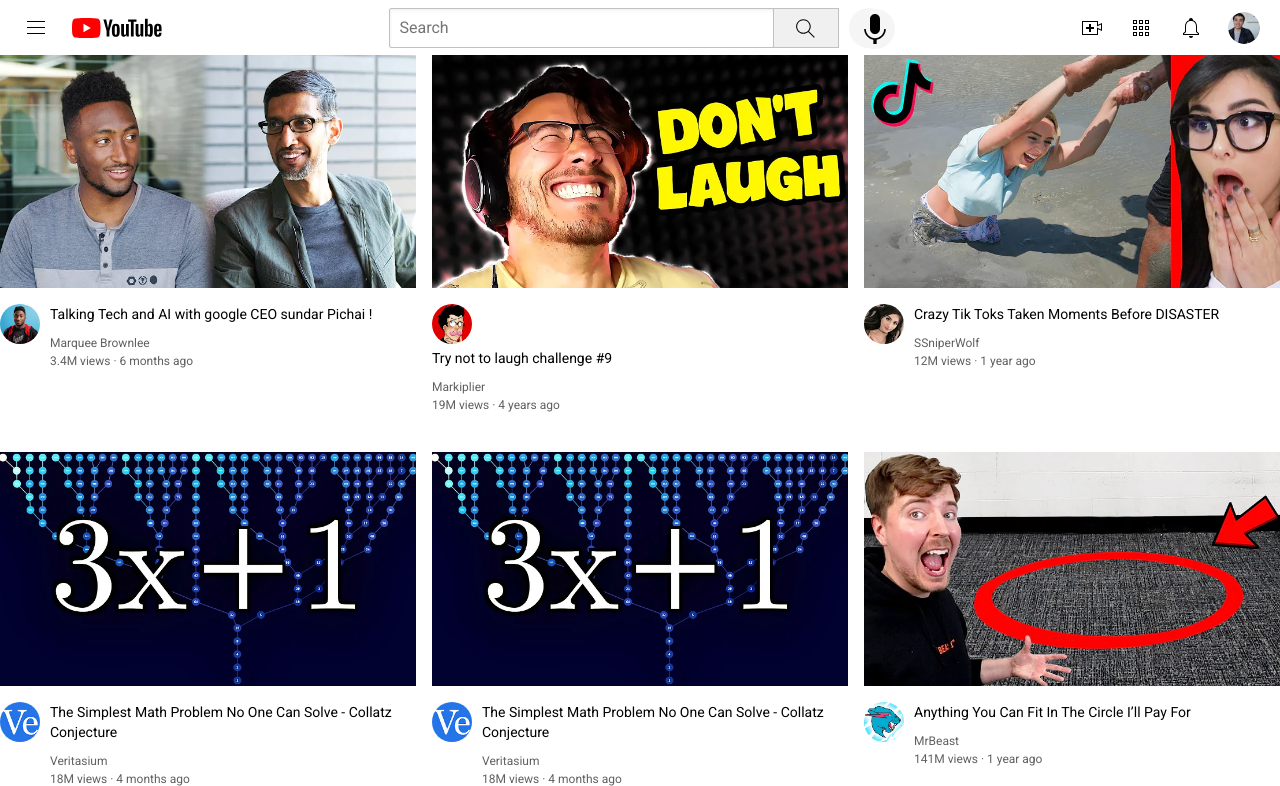
Repository: knowledgeAlan/html-css-thirteen
Page: youtube.html
These files come from the project's save history. The page is drawn as it stood at one moment and after the next save; the edit follows.
The browser window is 1280 px wide. The pictures show the whole page.

Above is the page before, as saved 2024-03-22 17:54:43.

After the next save:
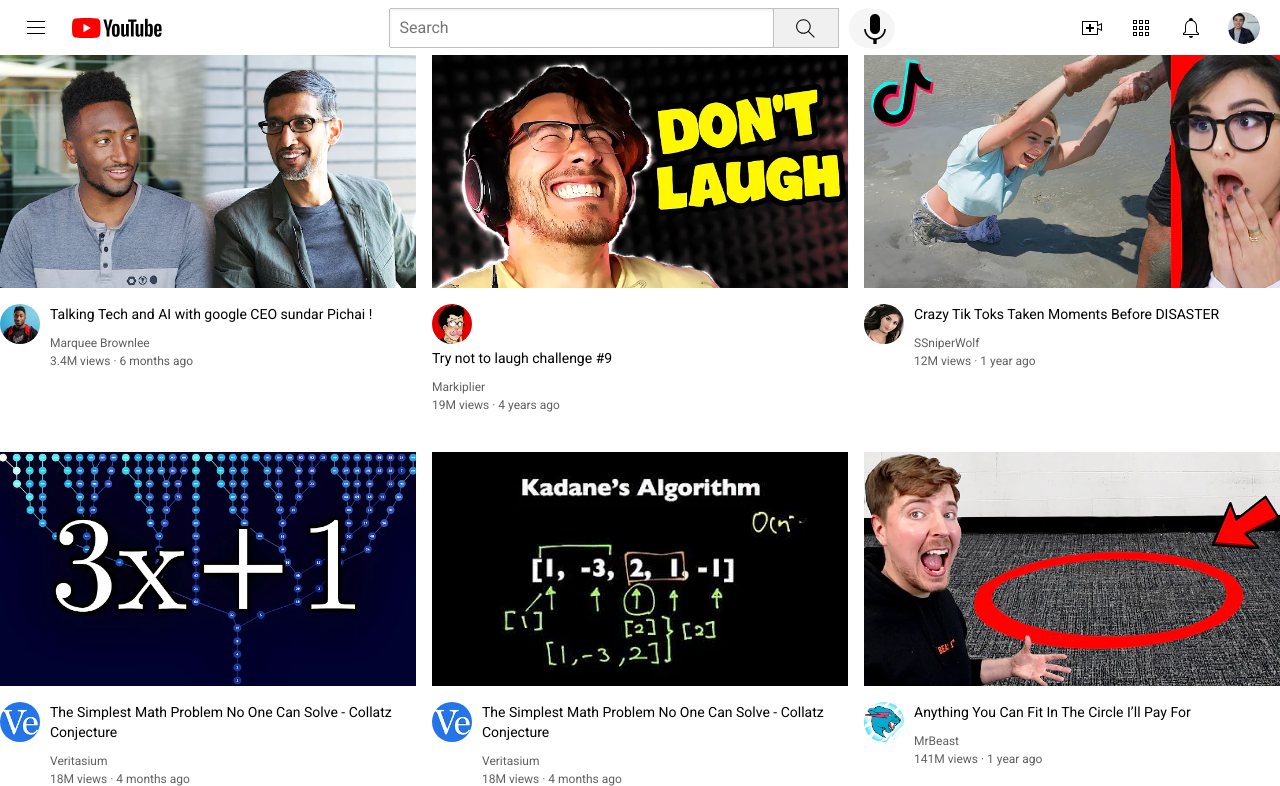
Saved 12 s later.
--- a/youtube.html
+++ b/youtube.html
@@ -159,9 +159,11 @@
 
                     </div>
                 </div>
-            </div> <div class="video-preview">
-                <div class="thumbnail-row">
-                    <img class="thumbnail" src="thumbnails/thumbnail-4.webp">
+            </div>
+
+            <div class="video-preview">
+                <div class="thumbnail-row">
+                    <img class="thumbnail" src="thumbnails/thumbnail-5.webp">
                 </div>
                 <div class="video-info-grid">
                     <div class="channel-picture">
